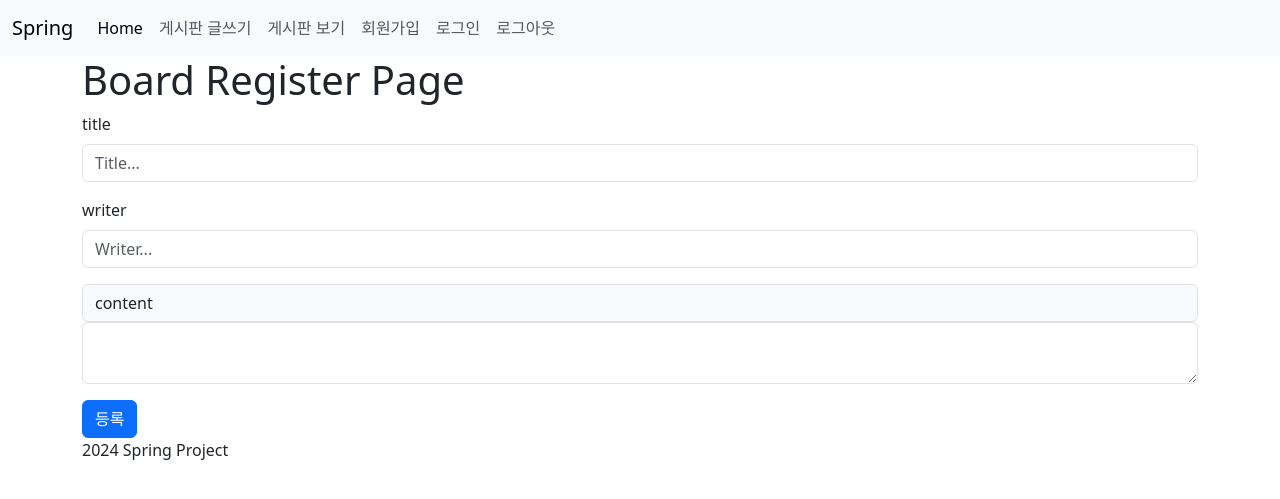
Repository: havanara/240423_SPRING_Project
Page: http://localhost/spring_study/WEB-INF/views/board/register.jsp
These files come from the project's save history. The page is drawn as it stood at one moment and after the next save; the edit follows.
The browser window is 1280 px wide. The pictures show the whole page.
The page is served by Tomcat 9. Nobody is signed in. The template is opened directly, without the code that normally fills it, so the values that code supplies are empty.

Above is the page before, as saved 2024-04-24 01:12:41.

### spring_study/src/main/webapp/WEB-INF/views/board/register.jsp
<%@ page language="java" contentType="text/html; charset=UTF-8"
    pageEncoding="UTF-8"%>

<jsp:include page="../layout/header.jsp" />


<div class="container-md">
<h1>Board Register Page</h1>
	<form action="/board/insert" method="post">
		<div class="mb-3">
		  <label for="t" class="form-label">title</label>
		  <input type="text" class="form-control" name="title" id="t" placeholder="Title...">
		</div>
		<div class="mb-3">
		  <label for="w" class="form-label">writer</label>
		  <input type="text" class="form-control" name="writer" id="w" placeholder="Writer...">
		</div>
		<div class="mb-3">
		  <span class="input-group-text">content</span>
		  <textarea class="form-control" name="content" aria-label="With textarea"></textarea>
		</div>
		<button type="submit" class="btn btn-primary">등록</button>
	</form>
</div>

<jsp:include page="../layout/footer.jsp" />

</html>

### spring_study/src/main/webapp/WEB-INF/views/layout/header.jsp
<%@ page language="java" contentType="text/html; charset=UTF-8"
    pageEncoding="UTF-8"%>
<!DOCTYPE html>
<html>
<head>
<meta charset="UTF-8">
<title>header.jsp</title>
<link href="https://cdn.jsdelivr.net/npm/bootstrap@5.3.3/dist/css/bootstrap.min.css" rel="stylesheet" integrity="sha384-QWTKZyjpPEjISv5WaRU9OFeRpok6YctnYmDr5pNlyT2bRjXh0JMhjY6hW+ALEwIH" crossorigin="anonymous">
<script src="https://cdn.jsdelivr.net/npm/bootstrap@5.3.3/dist/js/bootstrap.bundle.min.js" integrity="sha384-YvpcrYf0tY3lHB60NNkmXc5s9fDVZLESaAA55NDzOxhy9GkcIdslK1eN7N6jIeHz" crossorigin="anonymous"></script>
</head>
<body>
<nav class="navbar navbar-expand-lg bg-body-tertiary">
  <div class="container-fluid">
    <a class="navbar-brand" href="#">Spring</a>
    <button class="navbar-toggler" type="button" data-bs-toggle="collapse" data-bs-target="#navbarSupportedContent" aria-controls="navbarSupportedContent" aria-expanded="false" aria-label="Toggle navigation">
      <span class="navbar-toggler-icon"></span>
    </button>
    <div class="collapse navbar-collapse" id="navbarSupportedContent">
      <ul class="navbar-nav me-auto mb-2 mb-lg-0">
        <li class="nav-item">
          <a class="nav-link active" aria-current="page" href="#">Home</a>
        </li>
        <li class="nav-item">
          <a class="nav-link" href="/board/register">게시판 글쓰기</a>
        </li>
        <li class="nav-item">
          <a class="nav-link" href="#">게시판 보기</a>
        </li>
        <li class="nav-item">
          <a class="nav-link" href="#">회원가입</a>
        </li>
        <li class="nav-item">
          <a class="nav-link" href="#">로그인</a>
        </li>
        <li class="nav-item">
          <a class="nav-link" href="#">로그아웃</a>
        </li>
      </ul>
    </div>
  </div>
</nav>

### spring_study/src/main/webapp/WEB-INF/views/layout/footer.jsp
<%@ page language="java" contentType="text/html; charset=UTF-8"
    pageEncoding="UTF-8"%>
<!DOCTYPE html>

<div class="container-md">
	2024 Spring Project
</div>

</body>
</html>

After the next save:
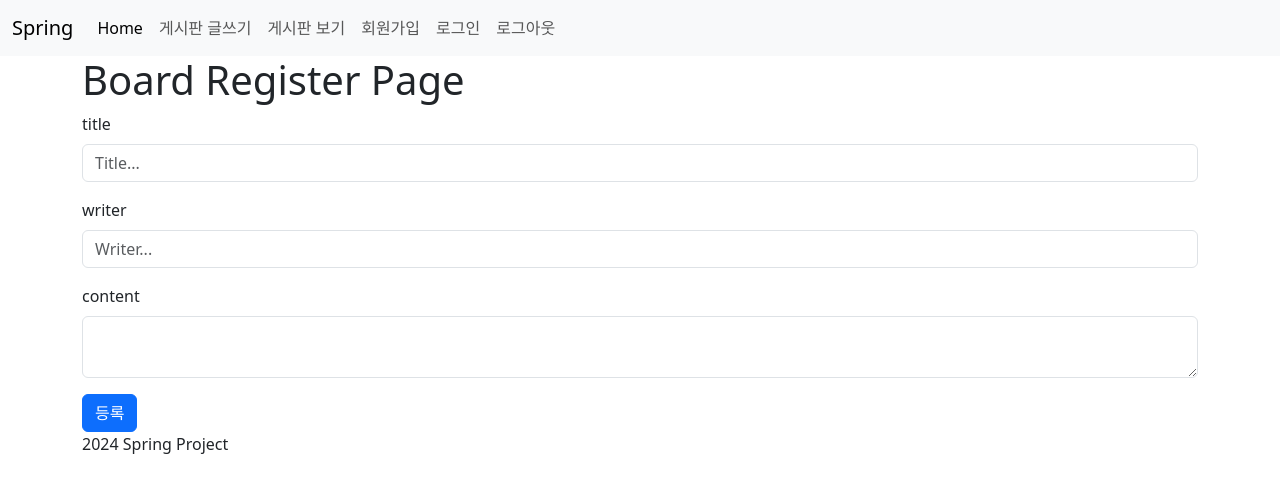
Saved 64 s later.
--- a/spring_study/src/main/webapp/WEB-INF/views/board/register.jsp
+++ b/spring_study/src/main/webapp/WEB-INF/views/board/register.jsp
@@ -16,8 +16,8 @@
 		  <input type="text" class="form-control" name="writer" id="w" placeholder="Writer...">
 		</div>
 		<div class="mb-3">
-		  <span class="input-group-text">content</span>
-		  <textarea class="form-control" name="content" aria-label="With textarea"></textarea>
+		  <label for="c" class="form-label">content</label>
+		  <textarea class="form-control" name="content" id="c" aria-label="With textarea"></textarea>
 		</div>
 		<button type="submit" class="btn btn-primary">등록</button>
 	</form>
